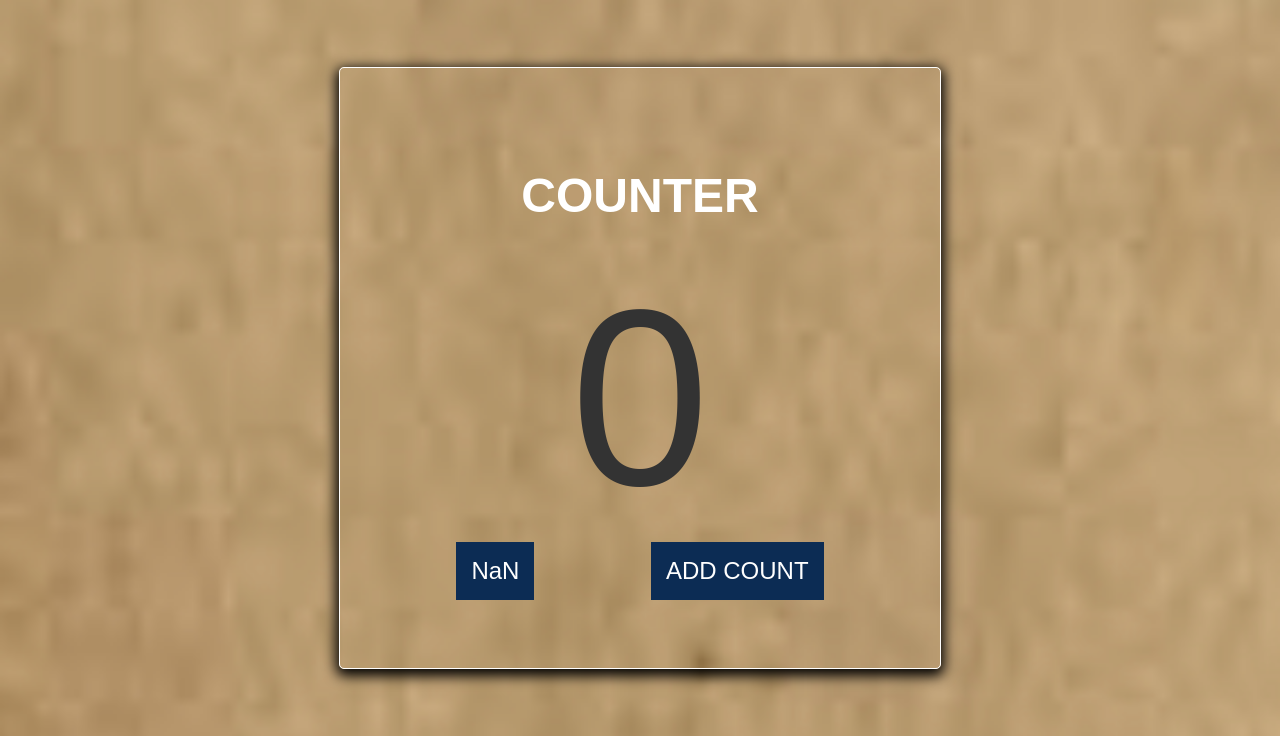
Repository: Hasmik-icml/counter
Page: index.html
An editor plug-in stored every save of this project. The page is shown before and after a run of saves, followed by the edit.
The browser window is 1280 px wide. The pictures show the whole page.
After loading, the first visible `button.buttonLower` was clicked once.

Above is the page before, as saved 2022-02-14 17:23:51.

After the next 4 saves:
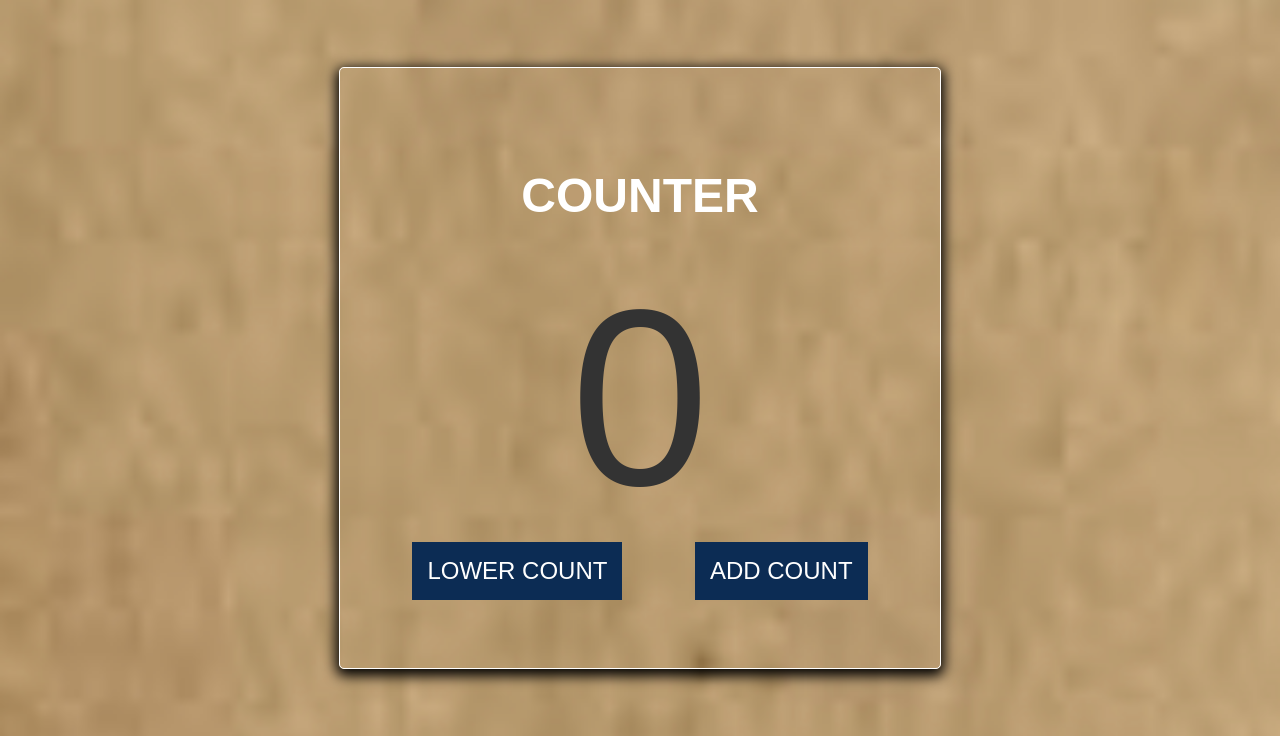
The 4 saves are shown as one change because they came seconds apart.
The last was saved 65 s later.
--- a/index.js
+++ b/index.js
@@ -12,8 +12,8 @@ function incrisOrDecris(){
 
 }
 document.querySelectorAll(".button").forEach(item => {
-    item.addEventListener("click", function(){
-        console.log(this);
-        this.innerHTML++;
+    item.addEventListener("click", function(e){
+        console.log(e);
+        // this.innerHTML++;
     })
 })
